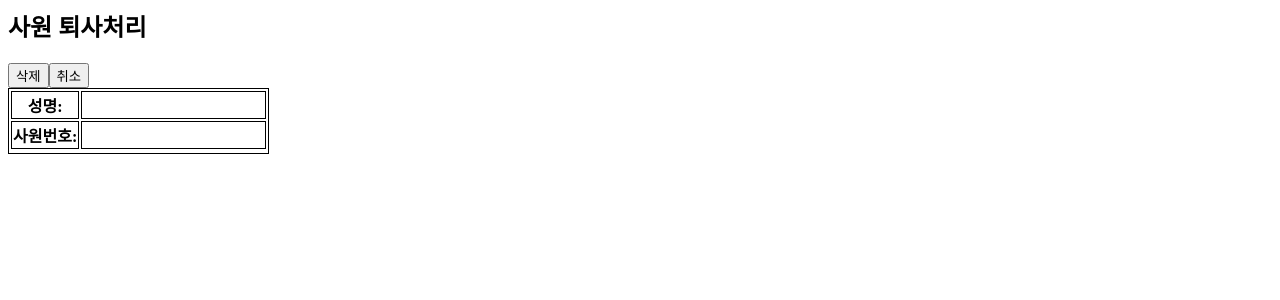
Repository: guguping/finalTestStudy
Page: http://localhost/test1/deleteMemberForm.jsp
The author's editor kept a copy of each file at every save. The page is drawn from the files as they stood at one save, then again after the next save.
The browser window is 1280 px wide. The pictures show the whole page.
The page is served by Tomcat 9.

Above is the page before, as saved 2023-07-28 04:38:24.
Console error (its wording comes from the project's code and is left out).

After the next save:
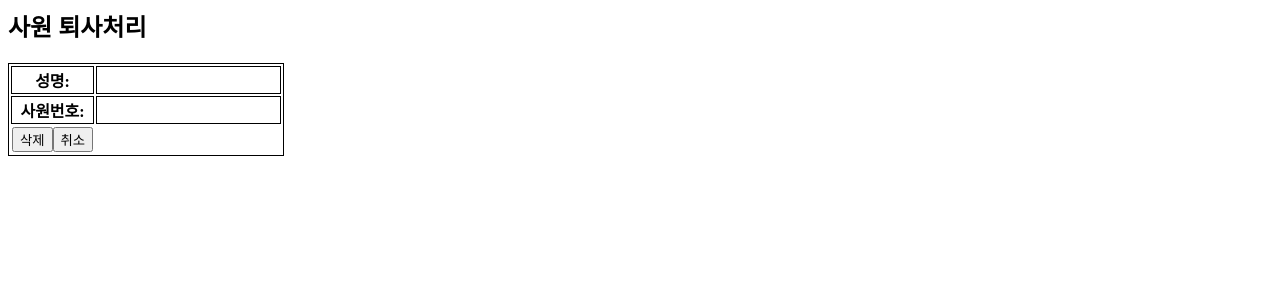
Saved 10 s later.
--- a/test1/src/main/webapp/deleteMemberForm.jsp
+++ b/test1/src/main/webapp/deleteMemberForm.jsp
@@ -33,8 +33,8 @@
 			<th><input type="text" id="id" name="id"></th>
 		</tr>
 		<tr>
-    <button type="submit">삭제</button><button type="button" onclick="location.href='index.jsp">취소</button>
-    </tr>
+    		<td><button type="submit">삭제</button><button type="button" onclick="location.href='index.jsp">취소</button></td>
+    	</tr>
     </table>
 </form>
 </body>
